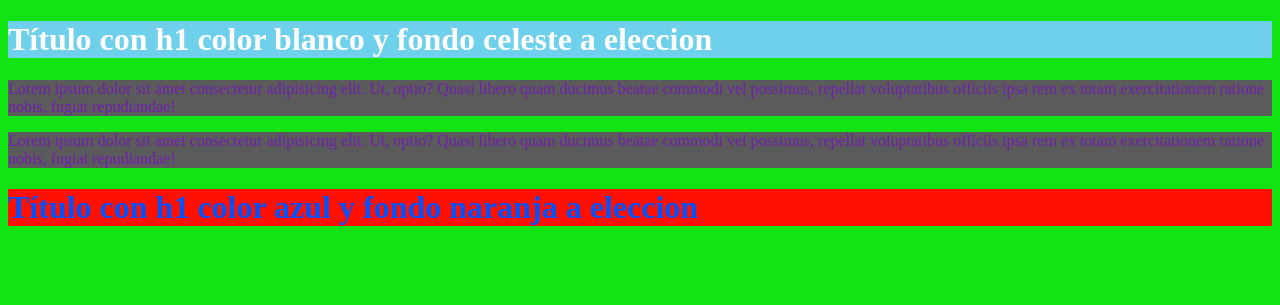
Repository: ScoggoDev/DesarrolloWeb
Page: tarea en equipo 1/tep1.html
These files come from the project's save history. The page is drawn as it stood at one moment and after the next save; the edit follows.
The browser window is 1280 px wide. The pictures show the whole page.

Above is the page before, as saved 2021-06-30 20:32:12.

### tarea en equipo 1/tep1.html
<!DOCTYPE html>
<html lang="es">
<head>
    <meta charset="UTF-8">
    <meta http-equiv="X-UA-Compatible" content="IE=edge">
    <meta name="viewport" content="width=device-width, initial-scale=1.0">

    <script src="main.js"></script>

     <!-- algunos estilos deben ir en un archivo separado llamado estilo, analiza cuales estilos pueden ir alli y porque-->
    <link rel="stylesheet" href="estilo.css" type="">
    <title></title>
</head>
<body> <!-- el color de fondo de todo el documento debe ser en tono verde a eleccion.
puedes investigar en google color pick code para seleccionar un color y obtener su codigo-->

    <h1>Título con h1 color blanco y fondo celeste a eleccion</h1>
    <p>Lorem ipsum dolor sit amet consectetur adipisicing elit. Ut, optio? Quasi libero quam ducimus beatae commodi vel possimus, repellat voluptatibus officiis ipsa rem ex totam exercitationem ratione nobis, fugiat repudiandae!</p>
    <p>Lorem ipsum dolor sit amet consectetur adipisicing elit. Ut, optio? Quasi libero quam ducimus beatae commodi vel possimus, repellat voluptatibus officiis ipsa rem ex totam exercitationem ratione nobis, fugiat repudiandae!</p>
    <h1 style="background-color: #FF1000; color: #0052FF">Título con h1 color azul y fondo naranja a eleccion</h1>
    <!-- completar agregando  2 parrafos con texto lorem ipsum
     se puede encontrar en internet el primer parrafo, hacer dos con el mismo texto y mismo color
    - ****color de texto de codigo: #701fad y color de fondo gris a eleccion-->

    <!-- Ahora viene otro encabezado h1 pero de color de fondo en tono de naranja a eleccion y texto en azul a eleccion-->


</body>
</html>

### tarea en equipo 1/main.js
function saludar() {
    alert("Bienvenido/a a fase 2");
    alert("a comenzar!!!");
}

saludar();

### tarea en equipo 1/estilo.css
body{
    background-color: #12E312;
}
h1{
    background-color: #6FD0EB;
    color: #FFFFFF;

}
p{
    background-color: #5B5B5B;
    color: #701fad
}

After the next save:
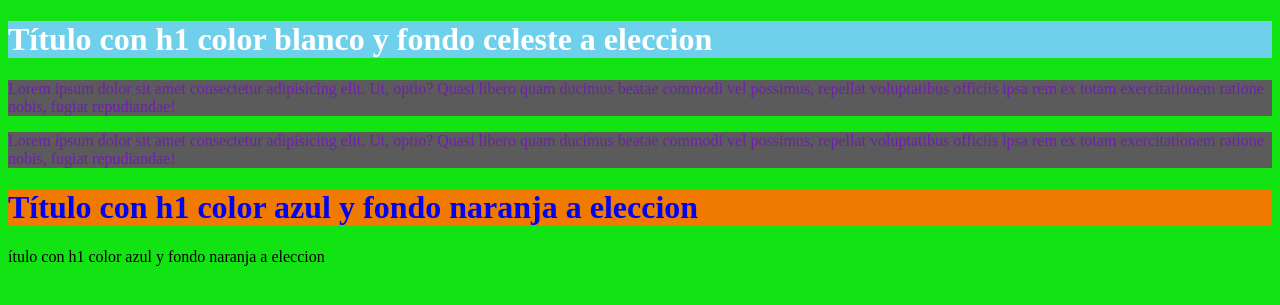
Saved 111 s later.
--- a/tarea en equipo 1/tep1.html
+++ b/tarea en equipo 1/tep1.html
@@ -17,7 +17,7 @@ puedes investigar en google color pick code para seleccionar un color y obtener
     <h1>Título con h1 color blanco y fondo celeste a eleccion</h1>
     <p>Lorem ipsum dolor sit amet consectetur adipisicing elit. Ut, optio? Quasi libero quam ducimus beatae commodi vel possimus, repellat voluptatibus officiis ipsa rem ex totam exercitationem ratione nobis, fugiat repudiandae!</p>
     <p>Lorem ipsum dolor sit amet consectetur adipisicing elit. Ut, optio? Quasi libero quam ducimus beatae commodi vel possimus, repellat voluptatibus officiis ipsa rem ex totam exercitationem ratione nobis, fugiat repudiandae!</p>
-    <h1 style="background-color: #FF1000; color: #0052FF">Título con h1 color azul y fondo naranja a eleccion</h1>
+    <h1 style="background-color: #f07900; color: #0004f0;">Título con h1 color azul y fondo naranja a eleccion</h1>ítulo con h1 color azul y fondo naranja a eleccion</h1>
     <!-- completar agregando  2 parrafos con texto lorem ipsum
      se puede encontrar en internet el primer parrafo, hacer dos con el mismo texto y mismo color
     - ****color de texto de codigo: #701fad y color de fondo gris a eleccion-->
